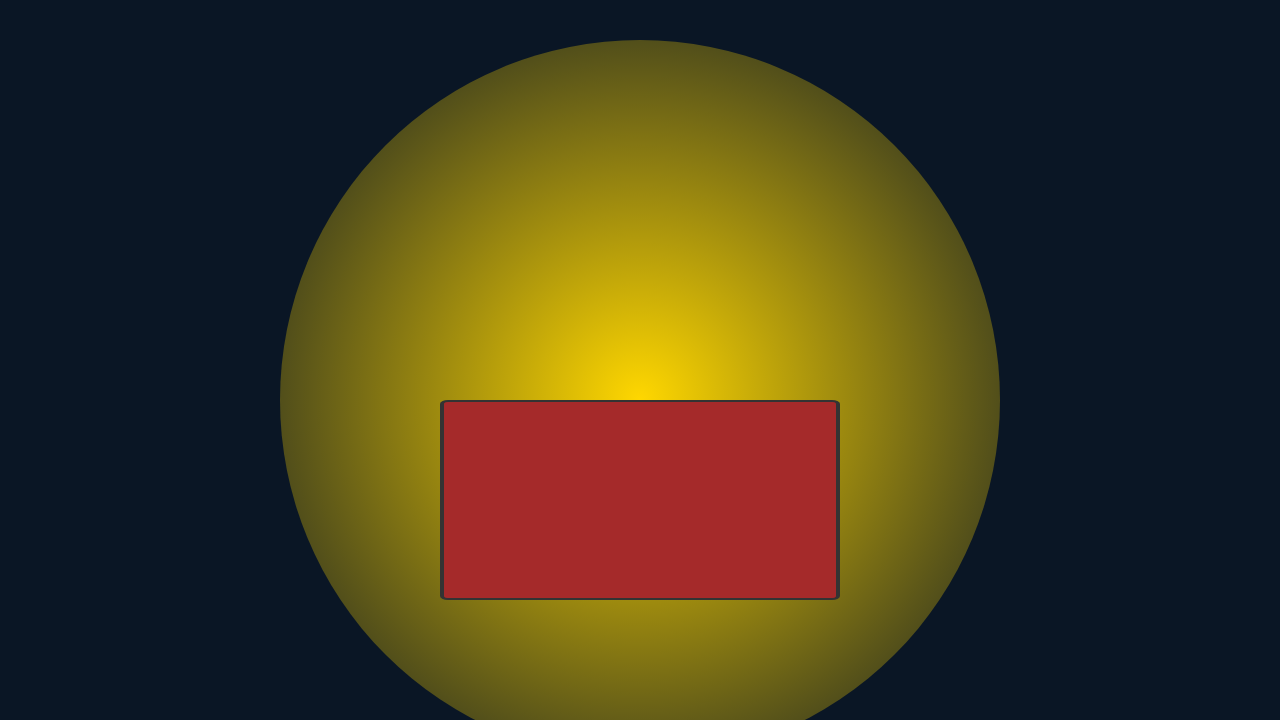
Repository: Lukatoshi/League-of-legends
Page: Ornn/index.html
These files come from the project's save history. The page is drawn as it stood at one moment and after the next save; the edit follows.
The browser window is 1280 px wide. The pictures show the whole page.

Above is the page before, as saved 2025-05-11 19:31:02.

### Ornn/index.html
<!DOCTYPE html>
<html lang="pt">

<head>
    <meta charset="UTF-8">
    <meta name="viewport" content="width=device-width, initial-scale=1.0">
    <link rel="stylesheet" href="/Ornn/src/css/bau-animation.css">
    <link rel="stylesheet" href="/Ornn/src/css/style.css">
    <link rel="stylesheet" href="/Ornn/src/css/style.css">

    <title>League of Leagens - Ornn</title>
</head>

<body>
    <div class="fundo-bau">

        <div class="bau-container">
            <div class="bau tampado"></div>
            <div class="luz"></div>
        </div>
        <div class="glow"></div>
    <div class="particles">

        <div class="rotate">

            <div class="angle">
                <div class="size">
                    <div class="position">
                        <div class="pulse">
                            <div class="particle">

                            </div>
                        </div>
                    </div>
                </div>
            </div>


            <div class="angle">
                <div class="size">
                    <div class="position">
                        <div class="pulse">
                            <div class="particle">

                            </div>
                        </div>
                    </div>
                </div>
            </div>

            <div class="angle">
                <div class="size">
                    <div class="position">
                        <div class="pulse">
                            <div class="particle">

                            </div>
                        </div>
                    </div>
                </div>
            </div>

        </div>

    </div>
    </div>
    <main>

    </main>
</body>
<script src="/Ornn/src/js/animacao-bau.js"></script>

</html>

### Ornn/src/css/bau-animation.css
.fundo-bau{
    top: 0;
    position: fixed;
    padding: 0;
    margin: 0;
    height: 70vw;
    background-color: #0A1625 ;
    width: 100%;
}
.bau-container{
    position: relative;
    width: 400px;
    height: 400px;
    margin: 200px auto;
}

.bau{
    width: 100%;
    height: 100%;
    background: brown;
    border: 4px solid #333;
    border-radius: 8px;
    position: relative;
    transform-origin: bottom center;
    transition: transform 1s ease-in-out;
}

.bau.abrindo{
    transform: rotateX(60deg);
}

.luz{
    position: absolute;
    top: 50%;
    left: 50%;
    width: 150%;
    height: 150%;
    background: radial-gradient(circle, gold, transparent);
    opacity: 0;
    transform: translate(-50%, -50%) scale(0.8);
    transition: opacity 0.5s ease, trasnform 0.5s ease;
    border-radius: 50%;
    z-index: -1;
}

.bau.abrindo ~ .luz{
    opacity: 1;
    transform: translate(-50%, -50%) scale(1.2);
}

### Ornn/src/css/style.css
*{
    margin: 0;
    padding: 0;
    box-sizing: border-box;

}
body, html{
    height: 100%;
}

### Ornn/src/js/animacao-bau.js
window.addEventListener('DOMContentLoaded', () => {
    setTimeout(() =>{
        document.querySelector('.bau').classList.add('abrindo');
    }, 50);
});

### Ornn/src/css/particulas.css
.glow {
  position: absolute;
  top: 50%;
  left: 50%;
  border-radius: 50%;
  -webkit-animation: glow 3s linear 0s infinite alternate;
}

.particles {
  position: absolute;
  top: calc(50% - 50px);
  left: calc(50% - 50px);
  width: 100px;
  height: 100px;

}

.rotate {
  position: absolute;
  top: calc(50% - 5px);
  left: calc(50% - 5px);
  width: 10px;
  height: 10px;
}

.angle {
  position: absolute;
  top: 0;
  left: 0;
}

.size {
  position: absolute;
  top: 0;
  left: 0;
}

.position {
  position: absolute;
  top: 0;
  left: 0;
}

.pulse {
  position: absolute;
  top: 0;
  left: 0;
}

.particle {
  position: absolute;
  top: calc(50% - 5px);
  left: calc(50% - 5px);
  width: 10px;
  height: 10px;
  border-radius: 50%;
}

.rotate {
  -webkit-animation: rotate 20s linear 0s infinite alternate;
}

.pulse{
  -webkit-animation: pulse 1.5s linear 0s infinite alternate;
}


@-webkit-keyframes glow {
  0% {
    transform: rotate(0deg);
    box-shadow: 0 0 60px 20px #56bcf9, 25px 15px 50px 10px #fff, -5px -25px 30px 5px #fff;
  }
  100% {
        transform: rotate(5deg);
    box-shadow: 0 0 90px 20px #56bcf9, 35px 20px 40px 10px #fff, -30px -30px 40px 5px #fff;
  }
}

@-webkit-keyframes rotate {
  0% {
    -webkit-transform: rotate(0deg);
  }
  100% {
    -webkit-transform: rotate(360deg);
  }
}

@-webkit-keyframes angle {
  0% {
    -webkit-transform: rotate(0deg);
  }
  100% {
    -webkit-transform: rotate(360deg);
  }
}

@-webkit-keyframes size {
  0% {
    -webkit-transform: scale(.2);
  }
  100% {
    -webkit-transform: scale(.6);
  }
}

@-webkit-keyframes position {
  0% {
    -webkit-transform: translate3d(0,0,0);
    opacity: 1;
  }
  50 %{
    opacity: 1;
  }
  100% {
    -webkit-transform: translate3d(100px,100px,0);
    opacity: 0;
  }
}

@-webkit-keyframes pulse {
  0% {
    -webkit-transform: scale(1);
  }
  100% {
    -webkit-transform: scale(.5);
  }
}

@-webkit-keyframes particle {
  0% {
    box-shadow: inset 0 0 20px 20px #0079e8, 0 0 50px 10px #0079e8, inset 0 0 80px 80px #269aff;
  }
  33.33% {
    box-shadow: inset 0 0 20px 20px #0079e8, 0 0 130px 10px #0079e8, inset 0 0 50px 50px #269aff;
  }
  33.34% {
    box-shadow: inset 0 0 20px 20px #2693ff, 0 0 50px 10px #2693ff, inset 0 0 80px 80px #52abff;
  }
  66.66% {
    box-shadow: inset 0 0 20px 20px #2693ff, 0 0 130px 10px #2693ff, inset 0 0 50px 50px #52abff;
  }
  66.67% {
    box-shadow: inset 0 0 20px 20px #485fe8, 0 0 50px 10px #485fe8, inset 0 0 80px 80px #7d71e8;
  }
  100% {
    box-shadow: inset 0 0 20px 20px #485fe8, 0 0 130px 10px #485fe8, inset 0 0 50px 50px #7d71e8;
  }
}



.rotate .angle:nth-child(1){
  /* change the angle every 2 seconds */
  -webkit-animation: angle 10s steps(5) 0s infinite;
}
.rotate .angle:nth-child(1) .size{
  /* change the size of the particle every 2 seconds */
  -webkit-animation: size 10s steps(5) 0s infinite;
}
.rotate .angle:nth-child(1) .particle{
  /* animate the glow and change the color every 2 seconds */
  -webkit-animation: particle 6s linear infinite alternate;
}
.rotate .angle:nth-child(1) .position{
  /* animate the fly out of the particle and its fade out at the end */
  -webkit-animation: position 2s linear 0s infinite;
}



.rotate .angle:nth-child(2){
  /* change the angle every 2 seconds */
  -webkit-animation: angle 4.95s steps(3) -1.65s infinite;
}
.rotate .angle:nth-child(2) .size{
  /* change the size of the particle every 2 seconds */
  -webkit-animation: size 4.95s steps(3) -1.65s infinite alternate;
}
.rotate .angle:nth-child(2) .particle{
  /* animate the glow and change the color every 2 seconds */
  -webkit-animation: particle 4.95s linear -3.3s infinite alternate;
}
.rotate .angle:nth-child(2) .position{
  /* animate the fly out of the particle and its fade out at the end */
  -webkit-animation: position 1.65s linear 0s infinite;
}


.rotate .angle:nth-child(3){
  /* change the angle every 2 seconds */
  -webkit-animation: angle 13.76s steps(8) -6.88s infinite;
}
.rotate .angle:nth-child(3) .size{
  /* change the size of the particle every 2 seconds */
  -webkit-animation: size 6.88s steps(4) -5.16s infinite alternate;
}
.rotate .angle:nth-child(3) .particle{
  /* animate the glow and change the color every 2 seconds */
  -webkit-animation: particle 5.16s linear -1.72 infinite alternate;
}
.rotate .angle:nth-child(3) .position{
  /* animate the fly out of the particle and its fade out at the end */
  -webkit-animation: position 1.72s linear 0s infinite;
}

.rotate .angle:nth-child(5) .position{
  /* animate the fly out of the particle and its fade out at the end */
  -webkit-animation: position 2.45s linear 0s infinite;
}

After the next save:
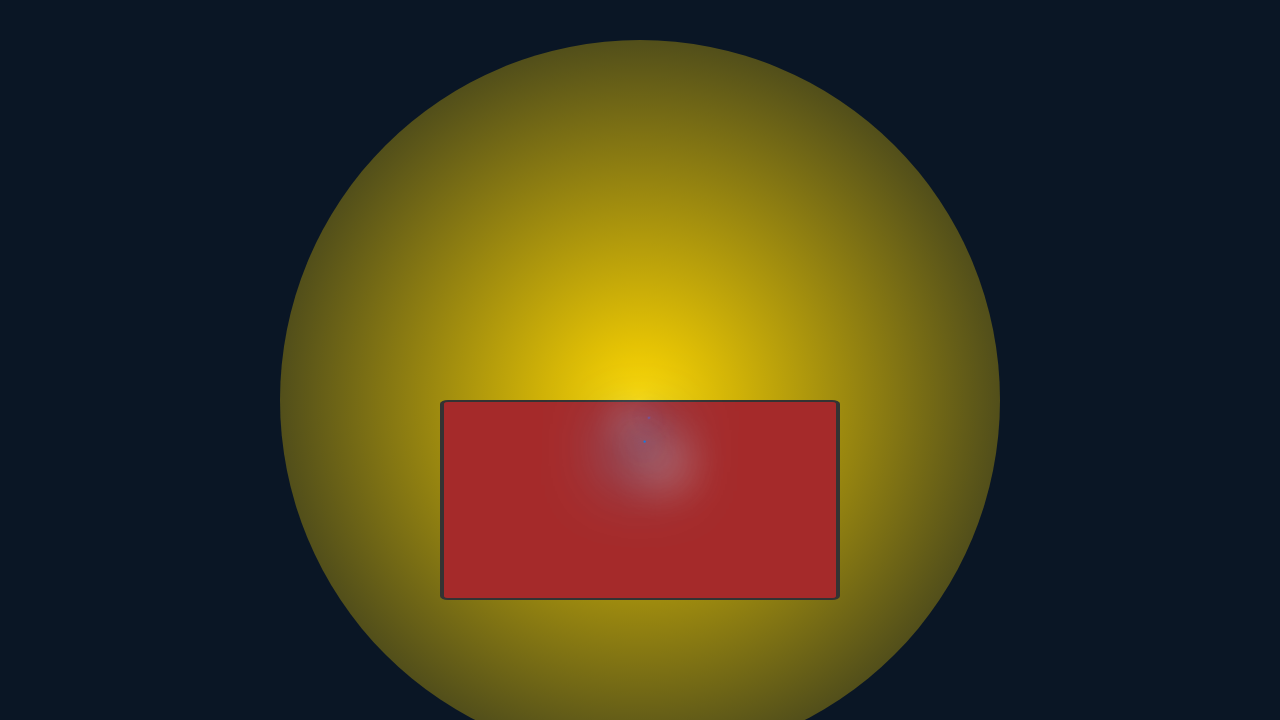
Saved 7 s later.
--- a/Ornn/index.html
+++ b/Ornn/index.html
@@ -6,7 +6,7 @@
     <meta name="viewport" content="width=device-width, initial-scale=1.0">
     <link rel="stylesheet" href="/Ornn/src/css/bau-animation.css">
     <link rel="stylesheet" href="/Ornn/src/css/style.css">
-    <link rel="stylesheet" href="/Ornn/src/css/style.css">
+    <link rel="stylesheet" href="/Ornn/src/css/particulas.css">
 
     <title>League of Leagens - Ornn</title>
 </head>
